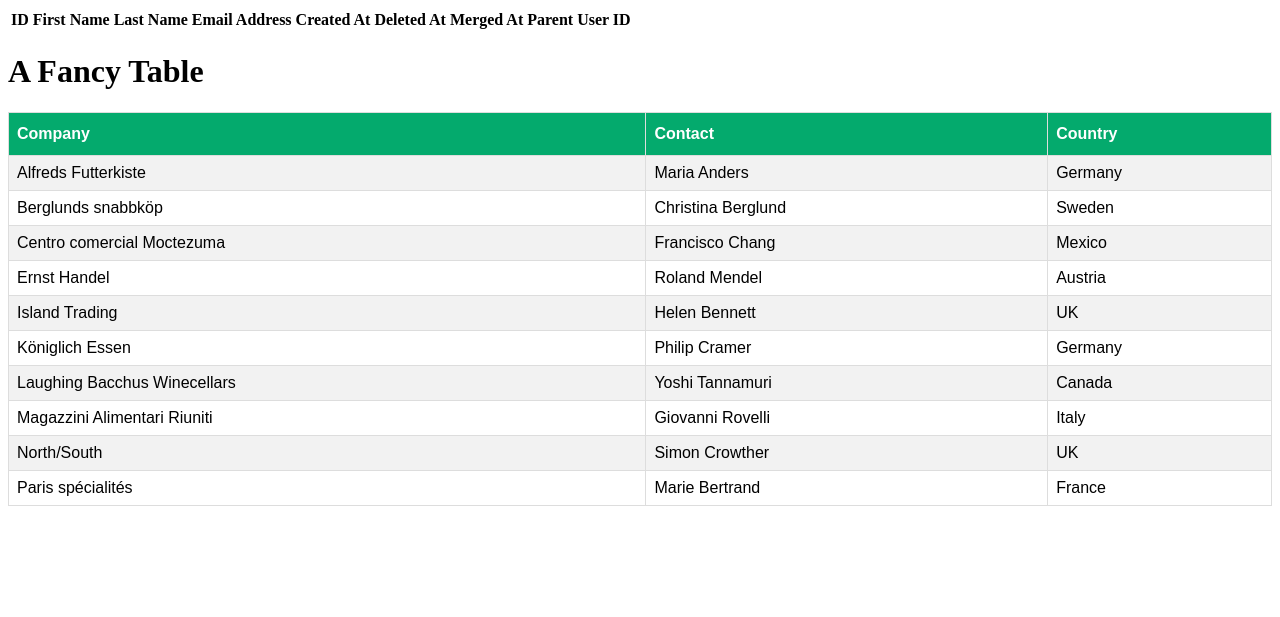
Repository: alihsn2010/Viswals-Assignment
Page: http://localhost/records
An editor plug-in stored every save of this project. The page is shown before and after the next save, followed by the edit.
The browser window is 1280 px wide. The pictures show the whole page.
The page is this project's Thymeleaf template; nobody is signed in. The template is opened directly, without the code that normally fills it, so the values that code supplies are empty.

Above is the page before, as saved 2023-06-19 17:06:45.

### ProjectUploadCSV/service/src/main/resources/templates/records.html
<!DOCTYPE html>
<html>

<head>
	<style>
#customers {
  font-family: Arial, Helvetica, sans-serif;
  border-collapse: collapse;
  width: 100%;
}

#customers td, #customers th {
  border: 1px solid #ddd;
  padding: 8px;
}

#customers tr:nth-child(even){background-color: #f2f2f2;}

#customers tr:hover {background-color: #ddd;}

#customers th {
  padding-top: 12px;
  padding-bottom: 12px;
  text-align: left;
  background-color: #04AA6D;
  color: white;
}
</style>
	<title>Users Records</title>
</head>

<body>
	<table>
		<thead>
			<tr>
				<th>ID</th>
				<th>First Name</th>
				<th>Last Name</th>
				<th>Email Address</th>
				<th>Created At</th>
				<th>Deleted At</th>
				<th>Merged At</th>
				<th>Parent User ID</th>
			</tr>
		</thead>
		<tbody>
			<tr th:each="user : ${records}">
				<td th:text="${user.id}"></td>
				<td th:text="${user.firstName}"></td>
				<td th:text="${user.lastName}"></td>
				<td th:text="${user.emailAddress}"></td>
				<td th:text="${user.createdAt}"></td>
				<td th:text="${user.deletedAt}"></td>
				<td th:text="${user.mergedAt}"></td>
				<td th:text="${user.parentUserId}"></td>
			</tr>
		</tbody>
	</table>
</body>

</html>


<!DOCTYPE html>
<html>
<head>

</head>
<body>

<h1>A Fancy Table</h1>

<table id="customers">
  <tr>
    <th>Company</th>
    <th>Contact</th>
    <th>Country</th>
  </tr>
  <tr>
    <td>Alfreds Futterkiste</td>
    <td>Maria Anders</td>
    <td>Germany</td>
  </tr>
  <tr>
    <td>Berglunds snabbköp</td>
    <td>Christina Berglund</td>
    <td>Sweden</td>
  </tr>
  <tr>
    <td>Centro comercial Moctezuma</td>
    <td>Francisco Chang</td>
    <td>Mexico</td>
  </tr>
  <tr>
    <td>Ernst Handel</td>
    <td>Roland Mendel</td>
    <td>Austria</td>
  </tr>
  <tr>
    <td>Island Trading</td>
    <td>Helen Bennett</td>
    <td>UK</td>
  </tr>
  <tr>
    <td>Königlich Essen</td>
    <td>Philip Cramer</td>
    <td>Germany</td>
  </tr>
  <tr>
    <td>Laughing Bacchus Winecellars</td>
    <td>Yoshi Tannamuri</td>
    <td>Canada</td>
  </tr>
  <tr>
    <td>Magazzini Alimentari Riuniti</td>
    <td>Giovanni Rovelli</td>
    <td>Italy</td>
  </tr>
  <tr>
    <td>North/South</td>
    <td>Simon Crowther</td>
    <td>UK</td>
  </tr>
  <tr>
    <td>Paris spécialités</td>
    <td>Marie Bertrand</td>
    <td>France</td>
  </tr>
</table>

</body>
</html>

After the next save:
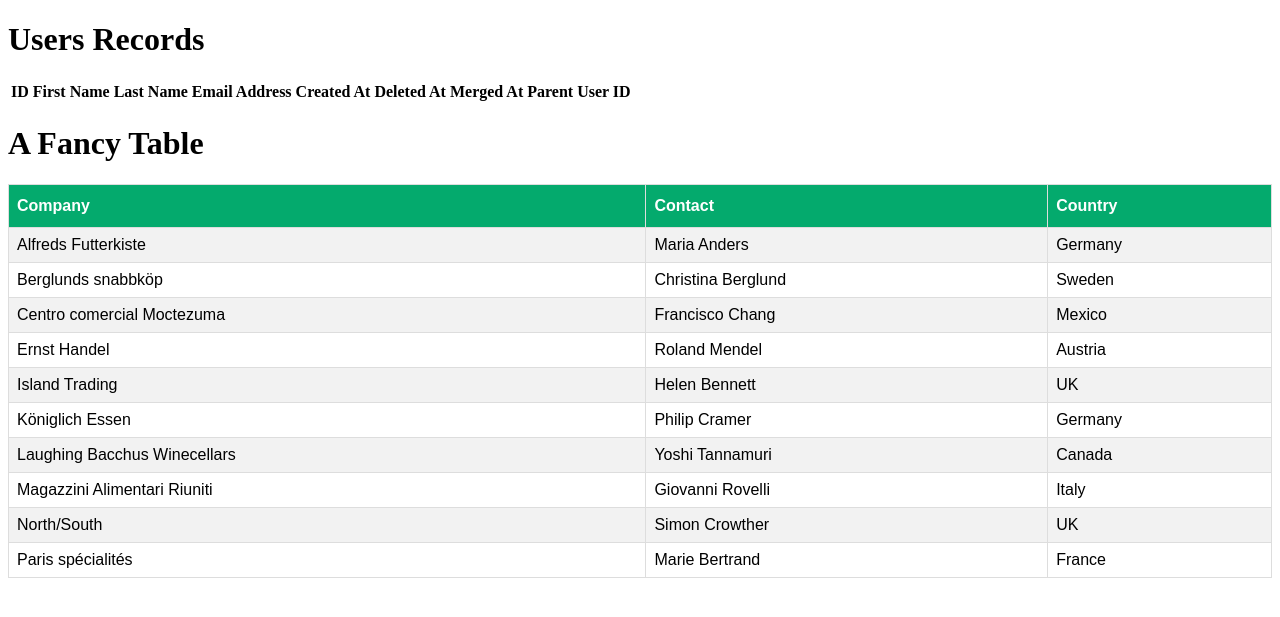
Saved 23 s later.
--- a/ProjectUploadCSV/service/src/main/resources/templates/records.html
+++ b/ProjectUploadCSV/service/src/main/resources/templates/records.html
@@ -30,6 +30,7 @@
 </head>
 
 <body>
+	<h1>Users Records</h1>
 	<table>
 		<thead>
 			<tr>
